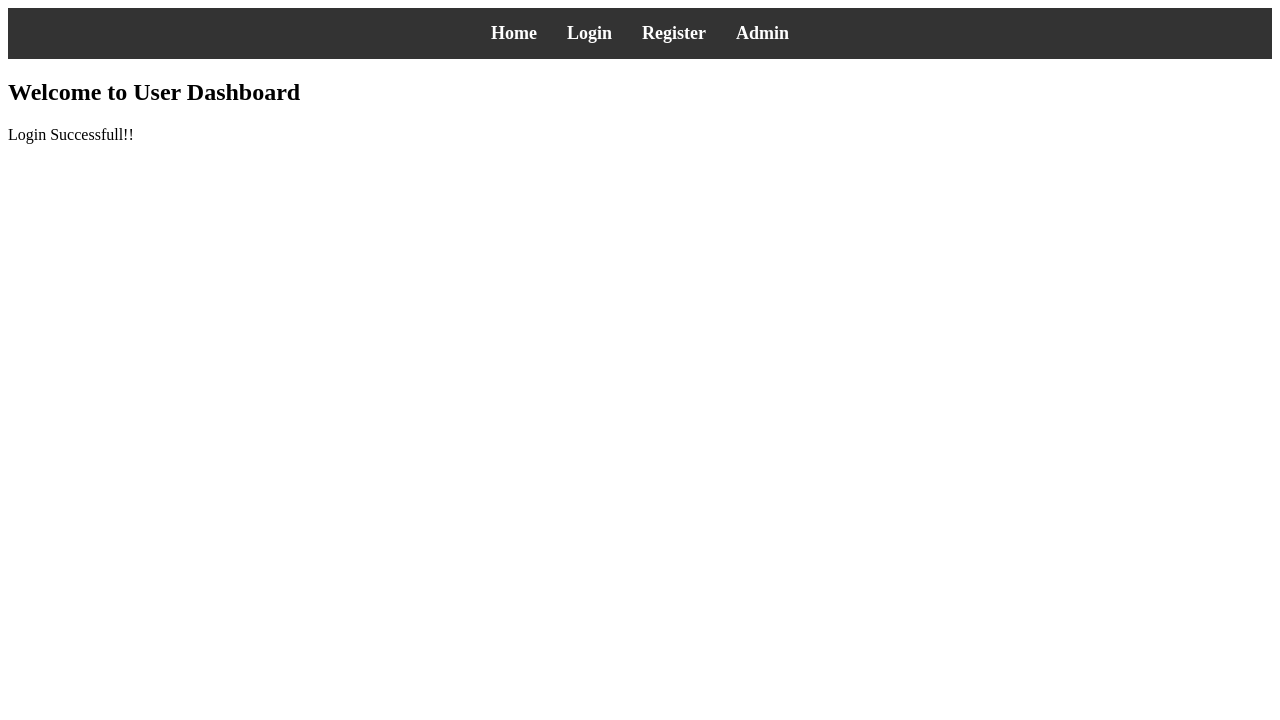
Repository: AhmedIbu/angular-login-app
Page: /user-dashboard (app in angular-login-app/)
These files come from the project's save history. The page is drawn as it stood at one moment and after the next save; the edit follows.
The browser window is 1280 px wide. The pictures show the whole page.
The project was rebuilt for these pictures with package versions that can differ from the ones it lists, and the page was loaded fresh each time. Also part of the build but not shown: angular-login-app/angular.json, angular-login-app/src/app/home/home.component.ts, angular-login-app/src/app/login/login.component.ts, angular-login-app/src/app/services/auth.service.ts, angular-login-app/src/app/register/register.component.ts, angular-login-app/src/app/services/user.service.ts, angular-login-app/src/app/admin-dashboard/admin-dashboard.component.ts, angular-login-app/src/app/admin-login/admin-login.component.ts.

Above is the page before, as saved 2025-02-21 11:46:20.

### angular-login-app/src/index.html
<!doctype html>
<html lang="en">
<head>
  <meta charset="utf-8">
  <title>AngularLoginApp</title>
  <base href="/">
  <meta name="viewport" content="width=device-width, initial-scale=1">
  <link rel="icon" type="image/x-icon" href="favicon.ico">
</head>
<body>
  <app-root></app-root>
</body>
</html>

### angular-login-app/src/styles.css
/*  app components css   */

/* Style the navigation bar */
.navbar {
  background: #333;
  padding: 15px;
  text-align: center;
}

/* Style the list */
.nav-list {
  list-style: none;
  padding: 0;
  margin: 0;
  display: flex;
  justify-content: center;
}

/* Style the navigation links */
.nav-list li {
  margin: 0 15px;
}

.nav-link {
  text-decoration: none;
  color: white;
  font-size: 18px;
  font-weight: bold;
  transition: color 0.3s ease-in-out;
}

/* Hover effect */
.nav-link:hover {
  color: #385348;
}

/* Responsive design */
@media (max-width: 600px) {
  .nav-list {
    flex-direction: column;
  }

  .nav-list li {
    margin-bottom: 10px;
  }
}

### angular-login-app/src/main.ts
import { bootstrapApplication } from '@angular/platform-browser';
import { appConfig } from './app/app.config';
import { AppComponent } from './app/app.component';
import { provideHttpClient } from '@angular/common/http';

bootstrapApplication(AppComponent, {
  ...appConfig, // ✅ Spread existing config
  providers: [
    ...appConfig.providers, // ✅ Keep existing providers
    provideHttpClient() // ✅ Ensure HTTP client is provided
  ]
}).catch(err => console.error(err));

### angular-login-app/src/app/app.config.ts
import { ApplicationConfig } from '@angular/core';
import { provideRouter, Routes } from '@angular/router';
import { provideHttpClient } from '@angular/common/http';

// ✅ Import standalone components
import { HomeComponent } from './home/home.component';
import { LoginComponent } from './login/login.component';
import { RegisterComponent } from './register/register.component';
import { AdminDashboardComponent } from './admin-dashboard/admin-dashboard.component';
import { AdminLoginComponent } from './admin-login/admin-login.component';
import { UserDashboardComponent } from './user-dashboard/user-dashboard.component';

// ✅ Define routes
const routes: Routes = [
  { path: '', component: HomeComponent}, // Default route
  { path: 'login', component: LoginComponent },
  { path: 'register', component: RegisterComponent },
  { path: 'admin-login', component: AdminLoginComponent },
  { path: 'user-dashboard', component: UserDashboardComponent },
  { path: 'admin-dashboard', component: AdminDashboardComponent },
  { path: '**', redirectTo: 'user-dashboard' } // Catch-all for unknown routes
];

export const appConfig: ApplicationConfig = {
  providers: [
    provideRouter(routes),
    provideHttpClient()
  ]
};

### angular-login-app/src/app/app.component.ts
import { Component } from '@angular/core';
import { RouterModule } from '@angular/router';

@Component({
  selector: 'app-root',
  standalone: true,
  imports: [RouterModule],
  templateUrl: './app.component.html',
  styleUrls: ['./app.component.css','../styles.css']
})
export class AppComponent { }

### angular-login-app/src/app/user-dashboard/user-dashboard.component.ts
import { Component } from '@angular/core';

@Component({
  selector: 'app-user-dashboard',
  templateUrl: './user-dashboard.component.html',
  styleUrls: ['./user-dashboard.component.css']
})
export class UserDashboardComponent {
  userEmail = localStorage.getItem('token'); // Retrieve the user's token
}

### angular-login-app/src/app/app.component.html
<nav class="navbar">
  <ul class="nav-list">
    <li><a routerLink="/" class="nav-link">Home</a></li>
    <li><a routerLink="/login" class="nav-link">Login</a></li>
    <li><a routerLink="/register" class="nav-link">Register</a></li>
    <li><a routerLink="/admin-login" class="nav-link">Admin</a></li>
  </ul>
</nav>

<router-outlet></router-outlet>

### angular-login-app/src/app/user-dashboard/user-dashboard.component.html
<div class="dashboard">
    <h2>Welcome to User Dashboard</h2>

    <p>Login Successfull!!</p>
  </div>

### angular-login-app/src/app/user-dashboard/user-dashboard.component.css
/* 🌌 Dark Aesthetic Gradient Background */
.user-dashboard {
    min-height: 100vh;
    display: flex;
    flex-direction: column;
    align-items: center;
    justify-content: center;
    background: linear-gradient(135deg, #1e1e2e, #252536, #31314a);
    color: #ffffff;
    font-family: 'Poppins', sans-serif;
    text-align: center;
    padding: 20px;
  }

  /* 🏠 Dashboard Heading */
  .dashboard-header {
    font-size: 2rem;
    font-weight: 600;
    margin-bottom: 20px;
    text-transform: uppercase;
    letter-spacing: 1px;
  }

  /* 📋 User Information Box */
  .user-info {
    background: rgba(255, 255, 255, 0.1);
    padding: 15px 30px;
    border-radius: 8px;
    box-shadow: 0 4px 10px rgba(0, 0, 0, 0.3);
    width: 80%;
    max-width: 600px;
    margin-top: 20px;
  }

  .user-info p {
    font-size: 1rem;
    margin: 10px 0;
    opacity: 0.9;
  }

  /* 🚪 Logout Button */
  .logout-btn {
    margin-top: 20px;
    padding: 10px 20px;
    background: linear-gradient(90deg, #ff4b2b, #ff416c);
    border: none;
    border-radius: 25px;
    color: white;
    font-size: 1rem;
    font-weight: bold;
    cursor: pointer;
    transition: all 0.3s ease-in-out;
  }

  .logout-btn:hover {
    background: linear-gradient(90deg, #ff416c, #ff4b2b);
    transform: scale(1.05);
  }

  /* 📱 Responsive Design */
  @media (max-width: 768px) {
    .dashboard-header {
      font-size: 1.5rem;
    }

    .user-info {
      width: 90%;
      padding: 10px 20px;
    }

    .logout-btn {
      padding: 8px 16px;
      font-size: 0.9rem;
    }
  }

Loaded but not shown: angular-login-app/src/app/app.component.css (no stored copy; drawn as an empty file)

After the next save:
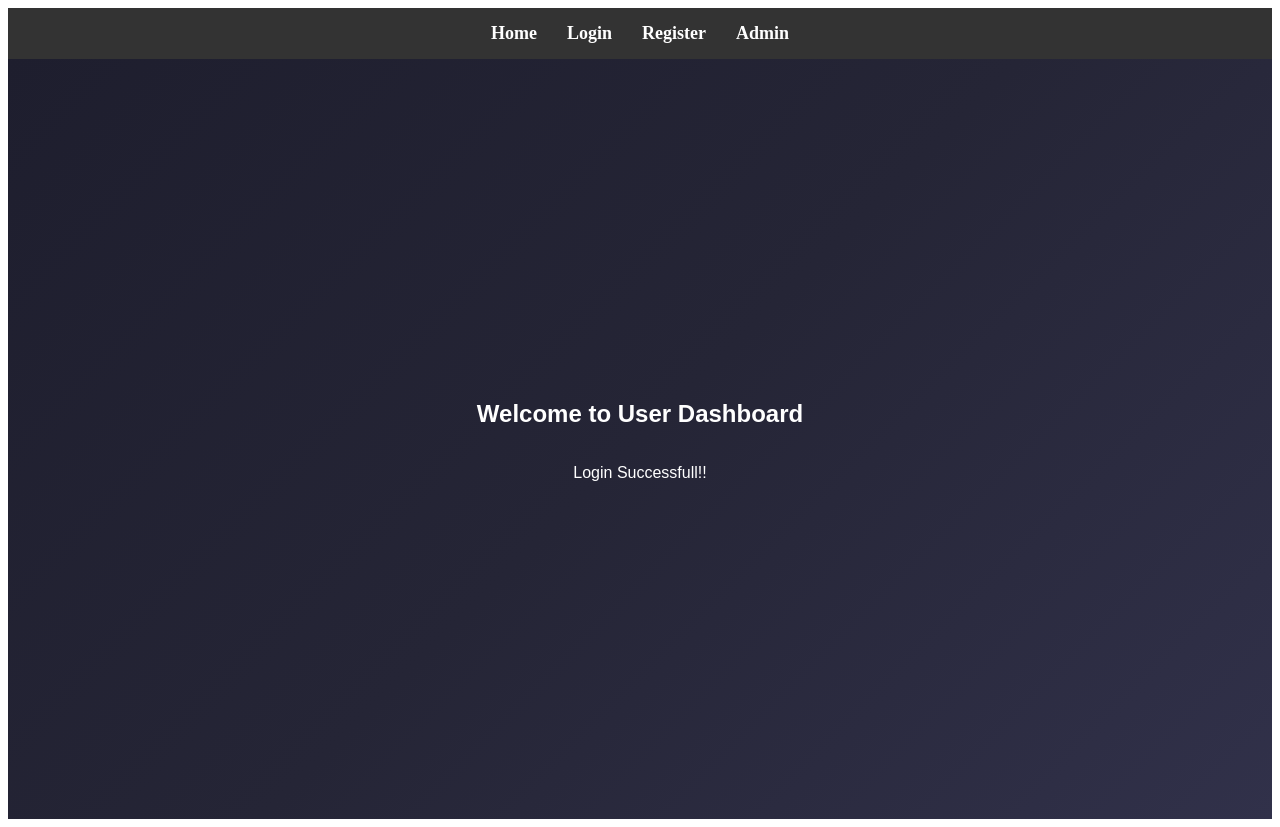
Saved 15 s later.
--- a/angular-login-app/src/app/user-dashboard/user-dashboard.component.html
+++ b/angular-login-app/src/app/user-dashboard/user-dashboard.component.html
@@ -1,4 +1,4 @@
-<div class="dashboard">
+<div class="user-dashboard">
     <h2>Welcome to User Dashboard</h2>
 
     <p>Login Successfull!!</p>
